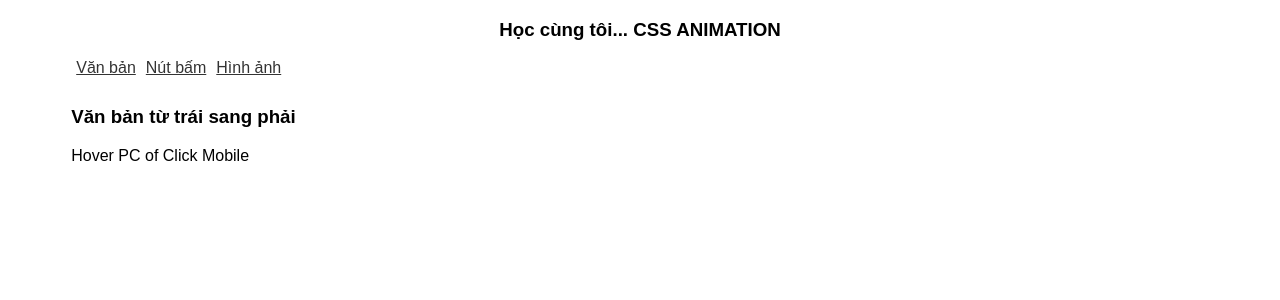
Repository: phuchoa2001/cssanimationNextjs
Page: /
These files come from the project's save history. The page is drawn as it stood at one moment and after the next save; the edit follows.
The browser window is 1280 px wide. The pictures show the whole page.
The project was rebuilt for these pictures with package versions that can differ from the ones it lists, and the page was loaded fresh each time. The framework's server and built-in components were replaced by stand-ins that run in the browser. Also part of the build but not shown: next.config.js.

Above is the page before, as saved 2022-09-14 18:08:21.

### pages/index.js
import Link from "next/link";

import Item from "../components/Item/Item";

export default function Home({ products }) {
  return (
    <div className="App" id="app">
      <div className='wrapper' >
        <h3 className='text'>Học cùng tôi... CSS ANIMATION</h3>
        <div className='listLink'>
          <a href="#text" className='link'>Văn bản</a>
          <a href="#button" className='link'>Nút bấm</a>
          <a href="#image" className='link'>Hình ảnh</a>
        </div>
        <div className="list">
          <Item />
        </div>
      </div>
    </div>
  );
}

/**
 * Get all of the posts and pass it as the "posts" prop
 */
// export async function getStaticProps() {
//   const res = await fetch("https://6321206282f8687273ad17ab.mockapi.io/test/products");
//   const products = await res.json();
//   return { props: { products } };
// }

### styles/globals.css
html {
  scroll-behavior: smooth;
}
body {
  font-family: sans-serif;
}
.wrapper {
  width: 90%;
  margin: 0 auto;
}
.list {
  display: grid;
  grid-template-columns: repeat(2, 1fr);
  gap: 8px;
}
.components {
  border: 1px solid #333;
  height: 300px;
}
.text {
  text-align: center;
}
.listLink {
  margin: 10px 0px;
}
.link {
  color: #333;
  margin: 0px 5px;
}
@media only screen and (max-width: 1023px) {
  .list {
    grid-template-columns: repeat(1, 1fr);
    gap: 8px;
  }
}

### components/Item/Item.jsx
import React from "react";
import styled from "styled-components";

const ItemStyles = styled.div`

`;

function Item() {
  return (
    <ItemStyles>
      <h3 className="title">Văn bản từ trái sang phải</h3>
      <p>Hover PC of Click Mobile</p>
    </ItemStyles>
  );
}

export default Item;

Loaded but not shown: pages/_app.js (common file)

After the next save:
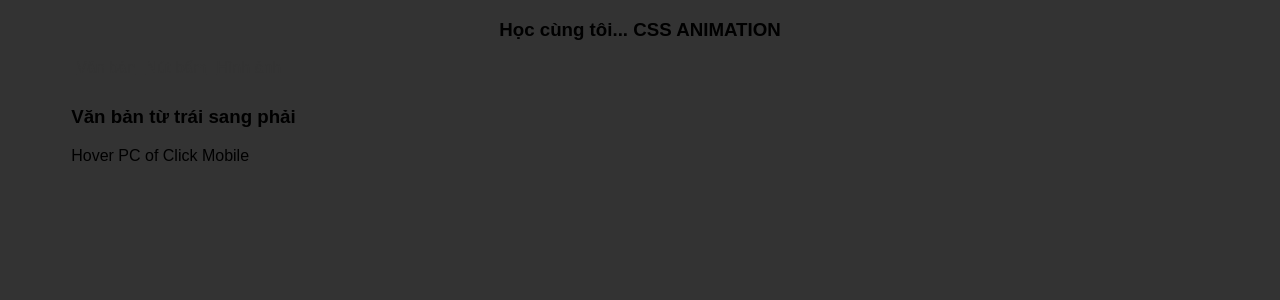
Saved 47 s later.
--- a/styles/globals.css
+++ b/styles/globals.css
@@ -3,6 +3,7 @@ html {
 }
 body {
   font-family: sans-serif;
+  background: #333;
 }
 .wrapper {
   width: 90%;
